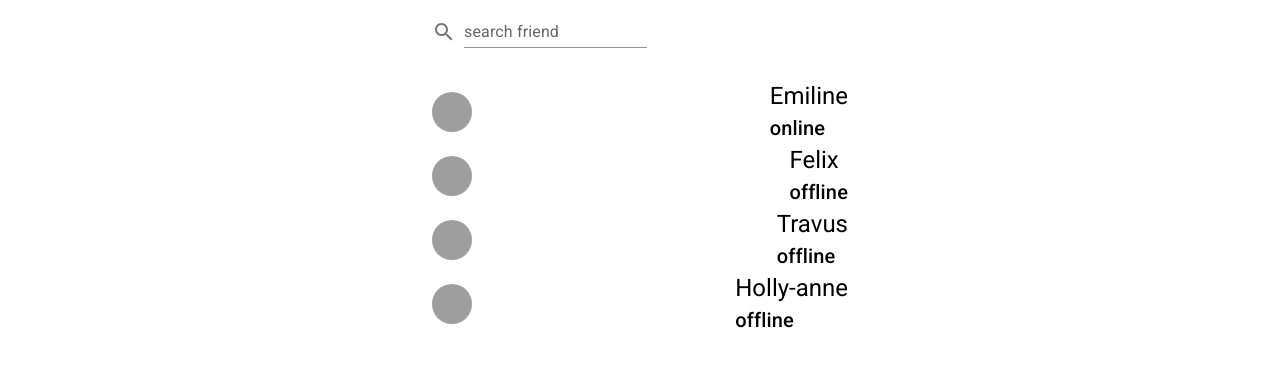
Repository: GokulDev4U/Immence_task
Page: /conversation
These files come from the project's save history. The page is drawn as it stood at one moment and after the next save; the edit follows.
The browser window is 1280 px wide. The pictures show the whole page.
Pictures or frames that could not be fetched are drawn as grey boxes. The project was rebuilt for these pictures with package versions that can differ from the ones it lists, and the page was loaded fresh each time. Also part of the build but not shown: src/App.css, src/components/SinglePost/SinglePost.jsx, src/components/Home/Home.jsx.

Above is the page before, as saved 2022-05-07 15:49:50.

After the next save:
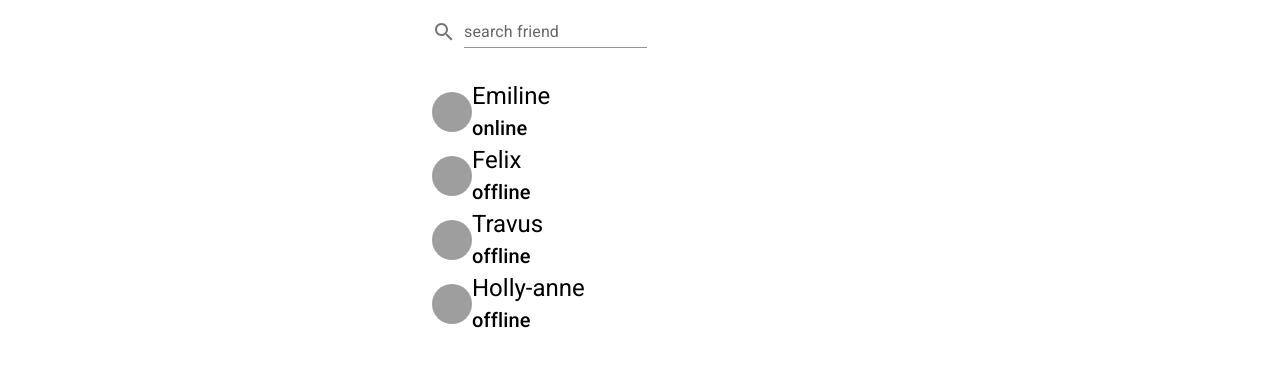
Saved 21 s later.
--- a/src/components/ConversationList/ConversationList.jsx
+++ b/src/components/ConversationList/ConversationList.jsx
@@ -7,7 +7,7 @@ import { display } from '@mui/system';
 
 const ConversationList = ({ name, status, img }) => {
     return (
-        <Box sx={{ display: 'flex', justifyContent: 'space-between', alignItems: 'center' }}>
+        <Box sx={{ display: 'flex', alignItems: 'center' }}>
             <Avatar alt="Img" src={img} />
             <Box>
                 <Typography variant="h5">{name}</Typography>
